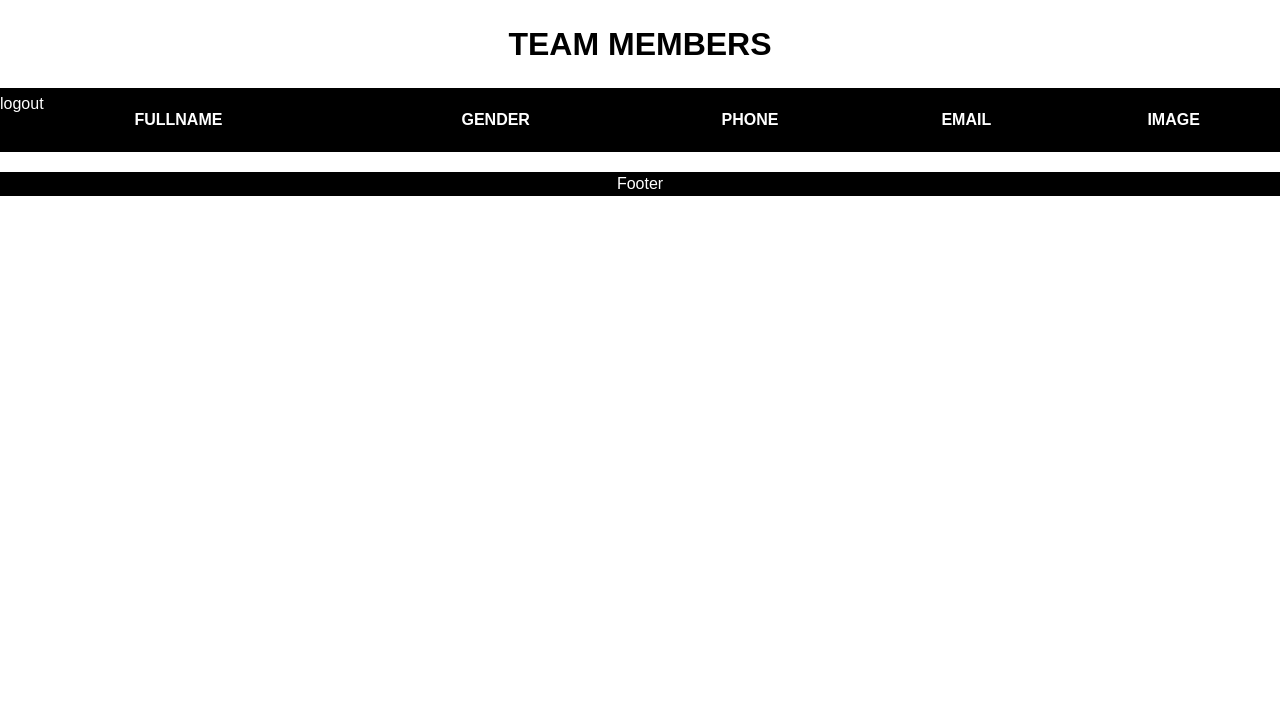
Repository: Eugene44-hub/SHRGroup46-capstone
Page: /members
The author's editor kept a copy of each file at every save. The page is drawn from the files as they stood at one save, then again after the next save.
The browser window is 1280 px wide. The pictures show the whole page.
The page's requests for data from a server got no answer. The project was rebuilt for these pictures with package versions that can differ from the ones it lists, and the page was loaded fresh each time. No one was signed in, and anything a server would have sent is missing.

Above is the page before, as saved 2022-05-19 15:28:01.

After the next save:
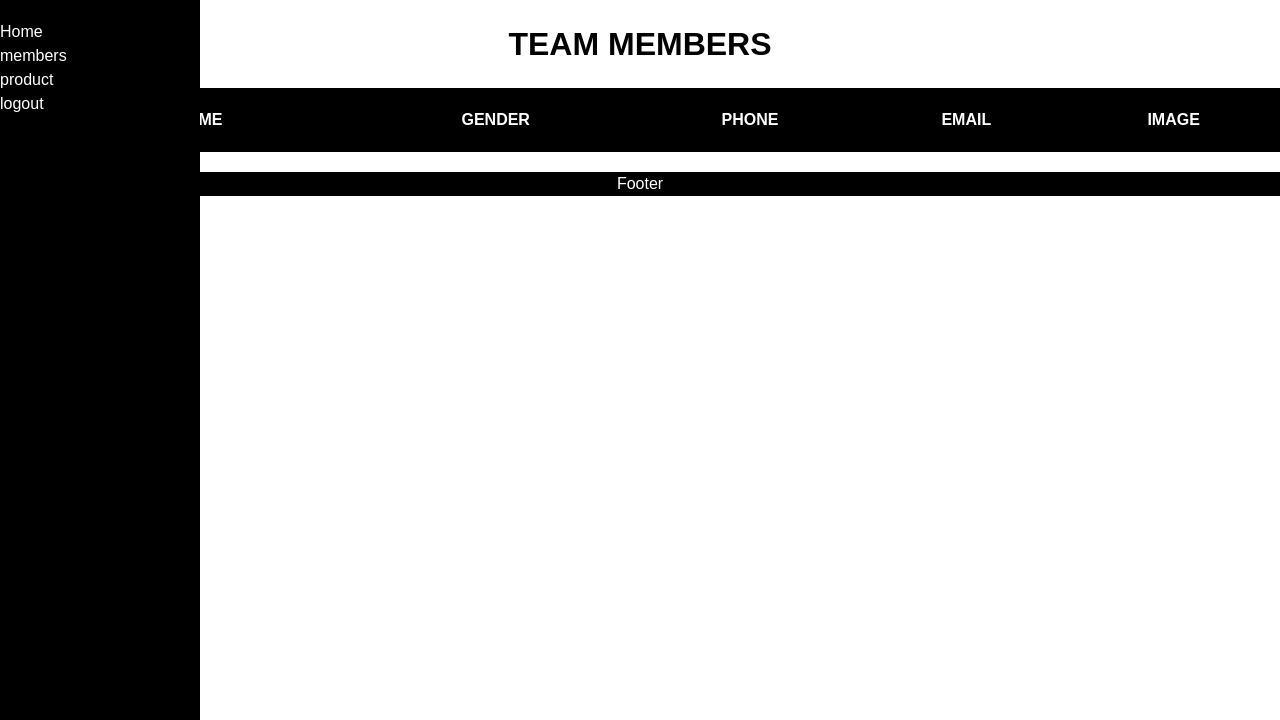
Saved 23 s later.
--- a/src/components/nav/Nav.jsx
+++ b/src/components/nav/Nav.jsx
@@ -22,7 +22,7 @@ const Nav = () => {
   const navigate=useNavigate()
   return (
     <nav className={`${styles.nav} `}>
-      <div className='fixed w-[200px] z-50 pt-5 top-0 h-full'>
+      <div className='fixed w-[200px] bg-black z-50 pt-5 top-0 h-full'>
       <ul>
 
 {navItems.map((navItem,index)=>(<li>
